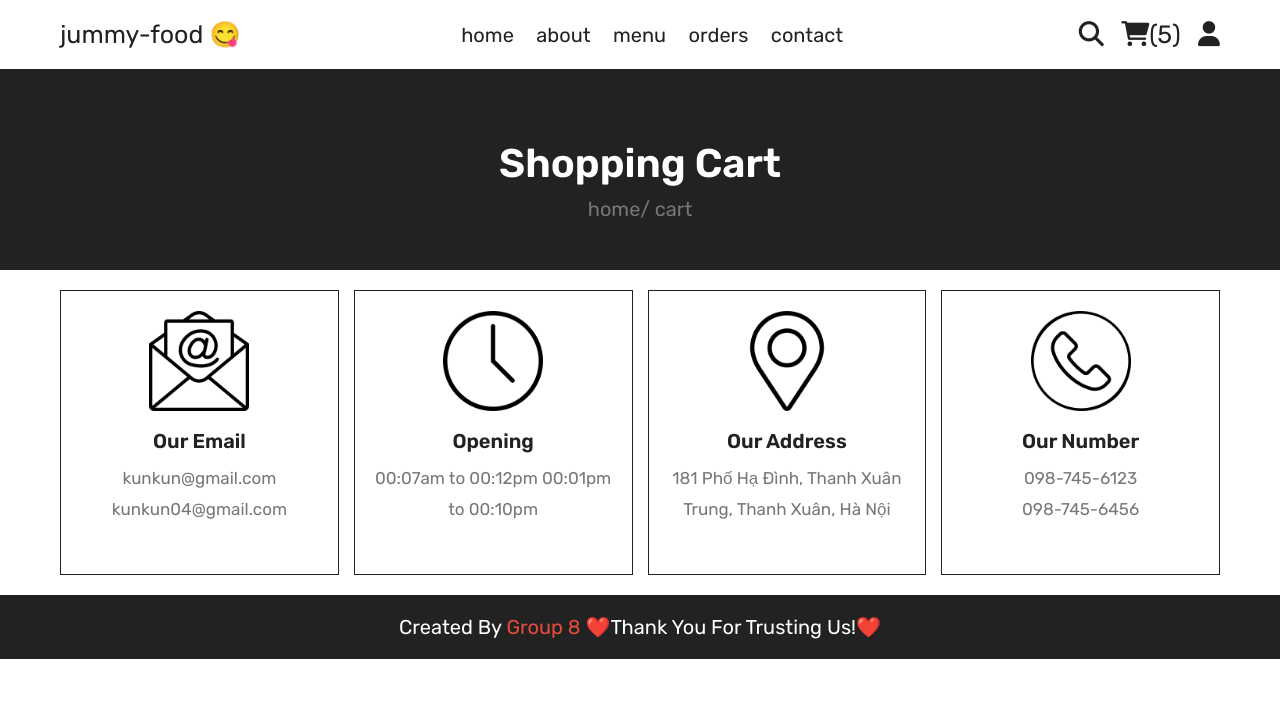
Repository: VuongLinhDinh/jummy_food
Page: cart.html
These files come from the project's save history. The page is drawn as it stood at one moment and after the next save; the edit follows.
The browser window is 1280 px wide. The pictures show the whole page.
Some web libraries are served in a nearby version.

Above is the page before, as saved 2023-11-11 18:22:25.

### cart.html
<!DOCTYPE html>
<html lang="en">
<head>
    <meta charset="UTF-8">
    <meta name="viewport" content="width=device-width, initial-scale=1.0">
    <title>Cart</title>
    <!-- font awesome cdn link -->
    <link rel="stylesheet" href="https://cdnjs.cloudflare.com/ajax/libs/font-awesome/6.1.1/css/all.min.css">
    <!-- custom css -->
    <link rel="stylesheet" href="./css/style.css">
</head>
<body>
    <!-- header section starts  -->
    <header class="header">
        <section class="flex">
            <a href="home.html" class="logo">jummy-food 😋</a>
            <nav class="navbar">
                <a href="home.html">home</a>
                <a href="about.html">about</a>
                <a href="menu.html">menu</a>
                <a href="orders.html">orders</a>
                <a href="contact.html">contact</a>
            </nav>
            <div class="icons">
                <a href="search.html"><i class="fas fa-search"></i></a>
                <a href="cart.html"><i class="fas fa-shopping-cart"></i><span>(5)</span></a>
                <div id="user-btn" class="fas fa-user"></div>
                <div id="menu-btn" class="fas fa-bars"></div>
            </div>
            <div class="profile">
                <p class="name">Kun Aquero</p>
                <div class="flex">
                    <a href="profile.html" class="btn">profile</a>
                    <a href="#" class="delete-btn">logout</a>
                </div>
                <p class="account"><a href="login.html">login</a> or <a href="login.html">register</a></p>
            </div>
        </section>
    </header>
    <!-- header section end  -->
    <div class="heading">
        <h3>shopping cart</h3>
        <p><a href="home.html">home</a><span>/ cart</span></p>
    </div>
    <!-- shopping cart section stars  -->

    <!-- shopping cart section end  -->







    <!-- footer section starts  -->
    <footer class="footer">
        <section class="grid">
            <div class="box">
                <img src="images/email-icon.png" alt="">
                <h3>our email</h3>
                <a href="mailto:kunkun@gmail.com">kunkun@gmail.com</a>
                <a href="mailto:kun04@gmail.com">kunkun04@gmail.com</a>
            </div>

            <div class="box">
                <img src="images/clock-icon.png" alt="">
                <h3>opening</h3>
                <p>
                    00:07am to 00:12pm
                    00:01pm to 00:10pm
                </p>
            </div>

            <div class="box">
                <img src="images/map-icon.png" alt="">
                <h3>our address</h3>
                <a href="https://www.google.com/maps/place/181+P.+H%E1%BA%A1+%C4%90%C3%ACnh,+H%E1%BA%A1+%C4%90%C3%ACnh,+Thanh+Xu%C3%A2n,+H%C3%A0+N%E1%BB%99i,+Vi%E1%BB%87t+Nam/@20.9891313,105.8056888,17z/data=!3m1!4b1!4m5!3m4!1s0x3135ac952468595f:0xd4c0347109838030!8m2!3d20.9891263!4d105.8082691?hl=vi-VN&entry=ttu">181 Phố Hạ Đình, Thanh Xuân Trung, Thanh Xuân, Hà Nội</a>
            </div>

            <div class="box">
                <img src="images/phone-icon.png" alt="">
                <h3>our number</h3>
                <a href="tel:0987456123">098-745-6123</a>
                <a href="tel:0987456456">098-745-6456</a>
            </div>
        </section>
        <div class="credit">created by <span>group 8</span> ❤️Thank you for trusting us!❤️</div>
    </footer>
    <!-- footer section end  -->
    <!-- custom js file -->
    <script src="./js/script.js"></script>
</body>
</html>

### css/style.css
@import url('https://fonts.googleapis.com/css2?family=Nunito:wght@200;300;400;600;700&family=Rubik:wght@300;400;500;600&display=swap');
:root {
    --yellow: #fed330;
    --red: #e74c3c;
    --white: #fff;
    --black: #222;
    --light-color: #777;
    --border: .1rem solid var(--black);
}
*{
    font-family: 'Rubik', sans-serif;
    margin: 0; padding: 0;
    box-sizing: border-box;
    outline: none; border: none;
    text-decoration: none;
}
*::selection {
    background-color: var(--yellow);
    color: var(--white);
}
::-webkit-scrollbar {
    height: 0.5rem;
    width: 1rem;
}
::-webkit-scrollbar-track {
    background-color: transparent;
}
::-webkit-scrollbar-thumb {
    background-color: var(--yellow);
}
html {
    font-size:  62.5%;
    overflow-x: hidden;
    scroll-behavior: smooth;
    stop-opacity: 7rem;
}
section {
    margin: 0 auto;
    max-width: 1200px;
    padding: 2rem;
}
.title {
    text-align: center;
    margin-bottom: 2.5rem;
    font-size: 4rem;
    color: var(--black);
    text-transform: uppercase;
    text-decoration: underline;
    text-underline-offset: 1rem;
}
.heading {
    display: flex;
    align-items: center;
    justify-content: center;
    gap: 1rem;
    flex-flow: column;
    background-color: var(--black);
    min-height: 20rem;
}
.heading h3 {
    font-size: 4rem;
    color: var(--white);
    text-transform: capitalize;
    margin-top: 2rem;
}
.heading p {
    font-size: 2rem;
}
.heading p a {
    color: var(--light-color);
}
.heading p a:hover {
    text-decoration: underline;
    color: var(--yellow);
}
.heading p span {
    color: var(--light-color);
}
.btn, .delete-btn {
    margin-top: 1rem;
    display: inline-block;
    font-size: 2rem;
    padding: 1rem 3rem;
    opacity: .6;
    cursor: pointer;
}
.btn:hover, .delete-btn:hover {
    /* letter-spacing: .2rem; */
    transition:  .2s linear;
    opacity: 1;
}
.btn {
    background-color: var(--yellow);
    color: var(--black);
    text-transform: capitalize;
}
.delete-btn {
    background-color: var(--red);
    color: var(--white);
}
.header {
    position: sticky;
    top: 0; left: 0; right: 0;
    z-index: 1000;
    background-color: var(--white);
    border-bottom: var(--border);
}
.header .flex {
    display: flex;
    align-items: center;
    justify-content: space-between;
    position: relative;
}
.header .flex .logo {
    font-size: 2.5rem;
    color: var(--black);
}
.header .flex .navbar a {
    font-size: 2rem;
    color: var(--black);
    margin: 0 1rem;

}
.header .flex .navbar a:hover {
    color: var(--yellow);
    text-decoration: underline;
}
.header .flex .icons > * {
    margin-left: 1.5rem;
    font-size: 2.5rem;
    color: var(--black);
    cursor: pointer;
}
.header .flex .icons > *:hover {
    color: var(--yellow);
}
#menu-btn {
    display: none;
}
.header .flex .profile {
    background-color: var(--white);
    border: var(--border);
    padding: 1.5rem;
    text-align: center;
    position: absolute;
    top: 125%; right: 2rem;
    width: 30rem;
    display: none;
    animation: fadeIn .2s linear;
}
.header .flex .profile.active {
    display: block;
}
@keyframes fadeIn {
    0% {
        transform: translateY(1rem);
    }
}
.header .flex .profile .name {
    font-size: 2rem;
    color: var(--black);
    margin-bottom: 1rem;
}
.header .flex .profile .account {
    margin-top: 1rem;
    font-size: 2rem;
    color: var(--light-color);
}
.header .flex .profile .account a {
    color: var(--black);
}
.header .flex .profile .account a:hover {
    color: var(--yellow);
    text-decoration: underline;
}
.hero .slide {
    display: flex;
    align-items: center;
    flex-wrap: wrap-reverse;
    gap: 2rem;
    margin-bottom: 4rem;
}
.hero .slide .image {
    flex: 1 1 40rem;
}
.hero .slide .image img {
    width: 100%;
}
.hero .slide .content {
    flex: 1 1 40rem;
    text-align: center;
}
.hero .slide .content span {
    font-size: 2.5rem;
    color: var(--light-color);
}
.hero .slide .content h3 {
    margin: 1rem 0;
    font-size: 6rem;
    color: var(--black);
    text-transform: capitalize;
}
.swiper-pagination-bullet-active{
    background-color: var(--yellow);
}
.category .box-container {
    display: grid;
    grid-template-columns: repeat(auto-fit, minmax(27rem, 1fr));
    gap: 1.5rem;
    align-items: flex-start;
}
.category .box-container .box {
    border: var(--border);
    padding: 2rem;
    padding-bottom: 5rem;
    text-align: center;
}
.category .box-container .box img {
    width: 100%;
    height: 10rem;
    object-fit: contain;
}
.category .box-container .box h3 {
    font-size: 2rem;
    margin-top: 1.5rem;
    color: var(--black);
    text-transform: capitalize;
}
.category .box-container .box:hover {
    background-color: var(--black);
}
.category .box-container .box:hover img {
    filter: invert(1);
}
.category .box-container .box:hover h3 {
    color: var(--white);
}
.products .box-container {
    display: grid;
    grid-template-columns: repeat(auto-fit, 33rem);
    justify-content: center;
    align-items: flex-start;
    gap: 1.5rem;
}
.products .box-container .box {
    border: var(--border);
    padding: 2rem;
    position: relative;
    overflow: hidden;
    margin-bottom: 1rem;
}
.products .box-container .box img {
    width: 100%;
    height: 25rem;
    object-fit: contain;
}
.products .box-container .box .fa-eye,
.products .box-container .box .fa-shopping-cart {
    position: absolute;
    top: 1rem;
    height: 4.5rem; width: 4.5rem;
    line-height: 4.3rem;
    border: var(--border);
    background-color: var(--white);
    cursor: pointer;
    font-size: 2rem;
    color: var(--black);
    transition: .2s linear;
}
.products .box-container .box .fa-eye:hover,
.products .box-container .box .fa-shopping-cart:hover {
    background-color: var(--black);
    color: var(--white);
}
.products .box-container .box .fa-eye {
    left: -10rem;
}
.products .box-container .box .fa-shopping-cart {
    right: -10rem;
}
.products .box-container .box:hover .fa-eye {
    left: 1rem;
}
.products .box-container .box:hover .fa-shopping-cart {
    right: 1rem;
}
.products .box-container .box .cat {
    font-size: 1.8rem;
    color: var(--light-color);
}
.products .box-container .box .cat:hover {
    color: var(--black);
    text-decoration: underline;
}
.products .box-container .box .name {
    font-size: 2rem;
    color: var(--black);
    margin: 1rem 0;
}
.products .box-container .box .flex {
    display: flex;
    align-items: center;
    gap: 1.5rem;
    margin-top: 1rem;
}
.products .box-container .box .flex .price {
    margin-right: auto;
    font-size: 2.5rem;
    color: var(--black);
}
.products .box-container .box .flex .price span {
    color: var(--light-color);
    font-size: 1.8rem;

}
.products .box-container .box .flex .qty {
    padding: 1rem;
    border: var(--border);
    font-size: 1.8rem;
    color: var(--black);
}
.products .more-btn {
    margin-top: 2rem;
    text-align: center;
}
.about .row {
    display: flex;
    align-items: center;
    flex-wrap: wrap;
    gap: 1.5rem;
}
.about .row .image {
    flex: 1 1 40rem;
}
.about .row .image img {
    width: 100%;
}
.about .row .content {
    flex: 1 1 40rem;
    text-align: center;
}
.about .row .content h3{
    font-size: 3rem;
    color: var(--black);
    text-transform: capitalize;
    margin-bottom: 2rem;
}
.about .row .content p {
    padding: 1rem 0;
    line-height: 2;
    font-size: 1.8rem;
    color: var(--light-color);
}
.about .row .content a {
    text-transform: capitalize;

}
.steps .box-container {
    display: grid;
    grid-template-columns: repeat(auto-fit, minmax(30rem, 1fr));
    gap: 1.5rem;
    align-items: flex-start;
}
.steps .box-container .box {
    text-align: center;
    border: var(--border);
    padding: 2rem;
}
.steps .box-container .box img {
    height: 10rem;
    width: 100%;
    object-fit: contain;
}
.steps .box-container .box h3 {
    font-size: 2.3rem;
    margin: 1rem 0;
    color: var(--black);
    text-transform: capitalize;
}
.steps .box-container .box p {
    line-height: 2;
    font-size: 1.6rem;
    color: var(--light-color);
    text-transform: capitalize;
}
.reviews .slide {
    margin-bottom: 4rem;
    border: var(--border);
    padding: 2rem;
    text-align: center;
}
.reviews .slide img {
    height: 10rem;
    width: 10rem;
    margin-bottom: .5rem;
    border-radius: 50%;
}
.reviews .slide p {
    padding: 1rem 0;
    line-height: 2;
    font-size: 1.5rem;
    color: var(--light-color);
}
.reviews .slide .stars {
    display: inline-block;
    padding: 1rem 2rem;
}
.reviews .slide .stars i {
    font-size: 1.8rem;
    color: var(--yellow);
}
.reviews .slide h3 {
    font-size: 2.5rem;
    margin-top: 1.5rem;
    color: var(--black);
    text-transform: capitalize;
}
.contact .row {
    display: flex;
    align-items: center;
    flex-wrap: wrap;
    gap: 1.5rem;
}
.contact .row .image {
    flex: 1 1 40rem;
}
.contact .row .image img {
    width: 100%;
}
.contact .row form {
    border: var(--border);
    flex: 1 1 40rem;
    padding: 2rem;
    text-align: center;
}
.contact .row form h3 {
    font-size: 2rem;
    color: var(--black);
    margin-bottom: 1rem;
   text-transform: capitalize;
}
.contact .row form .box {
    width: 100%;
    margin: 1rem 0;
    font-size: 1.8rem;
    color: var(--black);
    border: var(--border);
    padding: 1.4rem;
}
.contact .row form textarea {
    height: 15rem;
    resize: none;
}
.search-form form {
    display: flex;
    gap: 1rem;
}
.search-form form .box {
    width: 100%;
    border: var(--border);
    border-radius: 5rem;
    padding: 1.4rem;
    font-size: 1.8rem;
    color: var(--black);
}
.search-form form .fa-search {
    width: 5rem;
    font-size: 3.5rem;
    background-color: var(--white);
    color: var(--black);
    cursor: pointer;
}
.search-form form .fa-search:hover {
    color: var(--yellow);
}





































.footer .grid {
    display: grid;
    grid-template-columns: repeat(auto-fit, minmax(27rem, 1fr));
    gap: 1.5rem;
    align-items: flex-start;
}
.footer .grid .box {
    border: var(--border);
    padding: 2rem;
    padding-bottom: 5rem;
    text-align: center;
}
.footer .grid .box img {
    height: 10rem;
    width: 100%;
    object-fit: contain;
    margin-bottom: .5rem;
}
.footer .grid .box h3 {
    margin: 1rem 0;
    font-size: 2rem;
    color: var(--black);
    text-transform: capitalize;
}
.footer .grid .box p,
.footer .grid .box a {
    display: block;
    font-size: 1.7rem;
    color: var(--light-color);
    line-height: 1.8;
}
.footer .grid .box a:hover {
    text-decoration: underline;
}
.credit {
    padding: 2rem;
    text-align: center;
    background-color: var(--black);
    color: var(--white);
    font-size: 2rem;
    text-transform: capitalize;
}
.credit span {
    color: var(--red);

}

/* media query  */
@media (max-width: 991px) {
    html {
        font-size: 55%;
    }
}
@media (max-width: 768px) {
    #menu-btn {
        display: inline-block;
    }
    .header .flex .navbar {
        position: absolute;
        top: 99%; left: 0; right: 0;
        border-top: var(--border);
        border-bottom: var(--border);
        background-color: var(--white);
        transition:  .2s linear;
        clip-path: polygon(0 0, 100% 0, 100% 0, 0 0);
    }
    .header .flex .navbar a {
        display: block;
        margin: 2rem;
    }
    .header .flex .navbar.active {
        clip-path: polygon(0 0, 100% 0, 100% 100%, 0 100%);
    }
}
@media (max-width: 450px) {
    html {
        font-size: 50%
    }
    .title {
        font-size: 3rem;
    }
    .header .flex .logo {
        font-size: 2rem;
    }
    .hero .slide .content h3 {
        font-size: 5rem;
    }

}

### js/script.js
navbar = document.querySelector('.header .flex .navbar');
document.querySelector('#menu-btn').onclick = () => {
    navbar.classList.toggle('active');
    profile.classList.remove('active');
}
profile = document.querySelector('.header .flex .profile');
document.querySelector('#user-btn').onclick = () => {
    profile.classList.toggle('active');
    navbar.classList.remove('active');
}
window.onscroll = () => {
    navbar.classList.remove('active');
    profile.classList.remove('active');
}

After the next save:
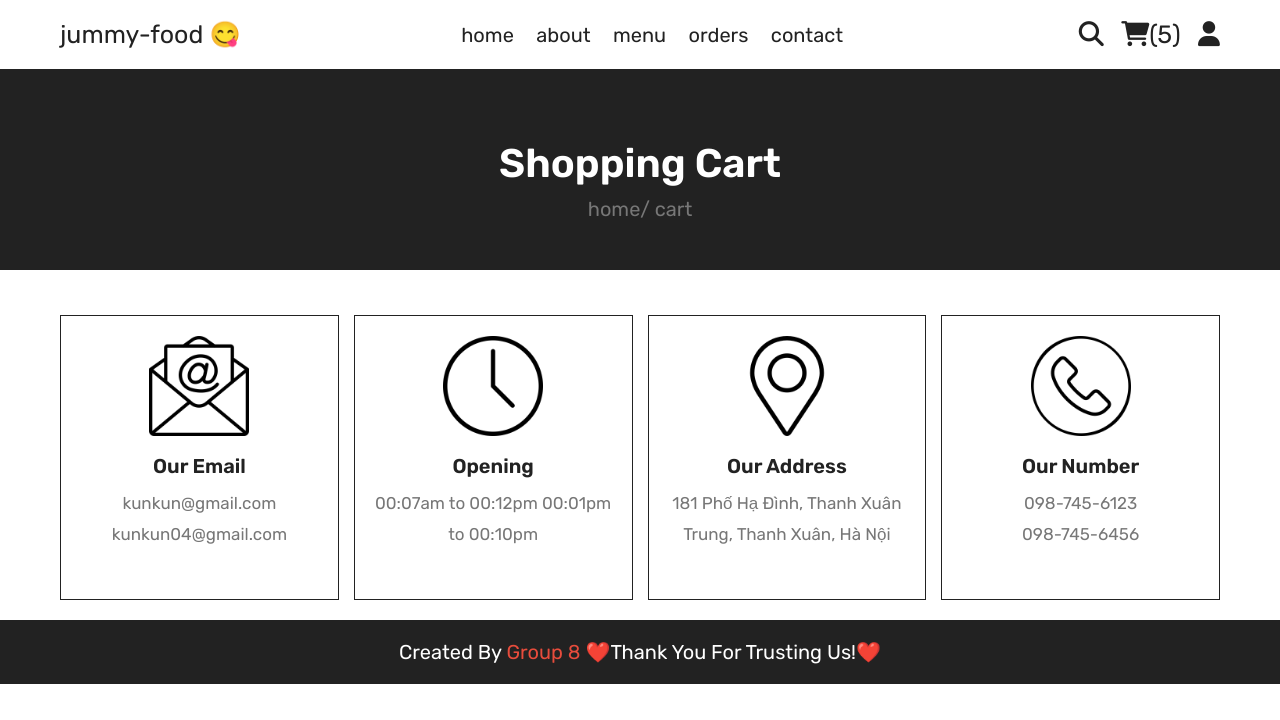
Saved 63 s later.
--- a/cart.html
+++ b/cart.html
@@ -43,7 +43,11 @@
         <p><a href="home.html">home</a><span>/ cart</span></p>
     </div>
     <!-- shopping cart section stars  -->
+    <div class="products">
+        <h1 class="title">
 
+        </h1>
+    </div>
     <!-- shopping cart section end  -->
 
 
